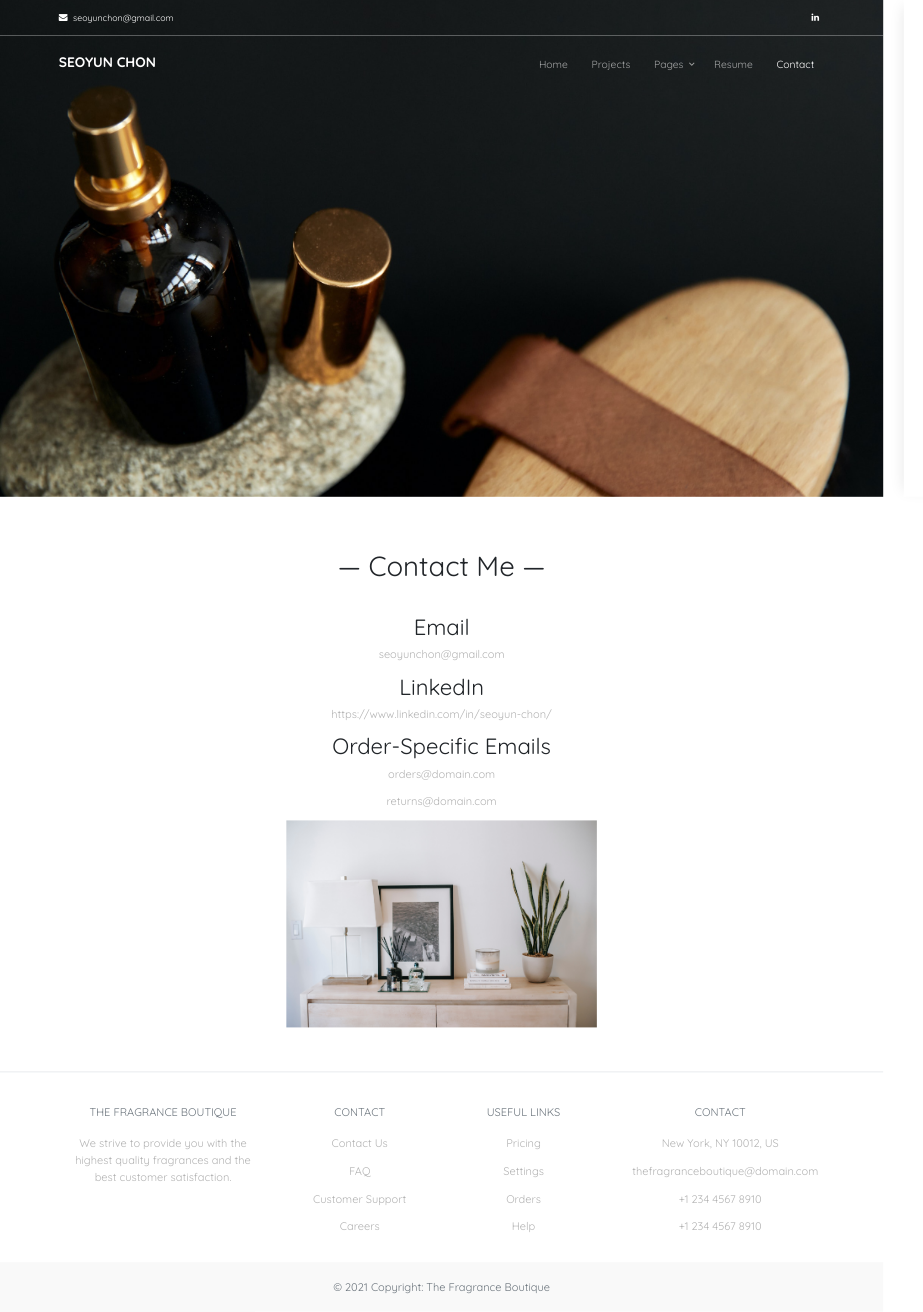
Repository: schon02/seoyun-chon-portfolio
Page: contact_page.html
The author's editor kept a copy of each file at every save. The page is drawn from the files as they stood at one save, then again after the next save.
The browser window is 1280 px wide. The page is 1338 px wide, so the pictures cover 1338 px, including what lies to the right of the window. The pictures show the whole page, at 69% of full size.

Above is the page before, as saved 2024-12-18 03:16:01.

### contact_page.html
<!DOCTYPE html>
<html>
    <head>
        <!-- <link href="style.css" rel="stylesheet" /> -->
        <!-- Required meta tags -->
        <meta charset="utf-8">
        <meta name="viewport" content="width=device-width, initial-scale=1, shrink-to-fit=no">

        <link href="https://fonts.googleapis.com/css?family=Quicksand:400,600,700&display=swap" rel="stylesheet">

        <link rel="stylesheet" href="fonts/icomoon/style.css">

        <link rel="stylesheet" href="css/owl.carousel.min.css">

        <!-- Bootstrap CSS -->
        <link rel="stylesheet" href="css/bootstrap.min.css">

        <!-- Style -->
        <link rel="stylesheet" href="css/style.css">

        <title>Contact Page</title>
    </head>

    <body>
        <!-- <header>
            <nav>
                <ul>
                    <li><a href="index.html">Home</a></li>
                    <li><a href="services_page.html">Services</a></li>
                    <li><a class="active" href="contact_page.html">Contact</a></li>
                </ul>
            </nav>
        </header> -->


        <div class="site-mobile-menu site-navbar-target">
            <div class="site-mobile-menu-header">
              <div class="site-mobile-menu-close mt-3">
                <span class="icon-close2 js-menu-toggle"></span>
              </div>
            </div>
            <div class="site-mobile-menu-body"></div>
          </div> <!-- .site-mobile-menu -->

        <div class="site-navbar-wrap">
            <div class="site-navbar-top">
              <div class="container py-3">
                <div class="row align-items-center">
                  <div class="col-6">
                    <div class="d-flex mr-auto">
                      <a href="#" class="d-flex align-items-center mr-4">
                        <span class="icon-envelope mr-2"></span>
                        <span class="d-none d-md-inline-block">seoyunchon@gmail.com</span>
                      </a>
                      <!-- <a href="#" class="d-flex align-items-center mr-auto">
                        <span class="icon-phone mr-2"></span>
                        <span class="d-none d-md-inline-block">+1 234 4567 8910</span>
                      </a> -->
                    </div>
                  </div>
                  <div class="col-6 text-right">
                    <div class="mr-auto">
                      <!-- <a href="#" class="p-2 pl-0"><span class="icon-twitter"></span></a> -->
                      <!-- <a href="#" class="p-2 pl-0"><span class="icon-facebook"></span></a> -->
                      <a href="https://www.linkedin.com/in/seoyun-chon/" class="p-2 pl-0"><span class="icon-linkedin"></span></a>
                      <!-- <a href="#" class="p-2 pl-0"><span class="icon-instagram"></span></a> -->
                    </div>

                  </div>
                </div>
              </div>
            </div>

            <div class="site-navbar site-navbar-target js-sticky-header">
              <div class="container">
                <div class="row align-items-center">
                  <div class="col-2">
                    <h1 class="my-0 site-logo"><a href="index.html">Seoyun&nbsp;Chon</a></h1>
                  </div>
                  <div class="col-10">
                    <nav class="site-navigation text-right" role="navigation">
                      <div class="container">
                        <div class="d-inline-block d-lg-none ml-md-0 mr-auto py-3"><a href="#" class="site-menu-toggle js-menu-toggle text-white"><span class="icon-menu h3"></span></a></div>

                        <ul class="site-menu main-menu js-clone-nav d-none d-lg-block">
                          <li><a href="index.html" class="nav-link">Home</a></li>
                          <li><a href="projects_page.html" class="nav-link">Projects</a></li>
                          <li class="has-children">
                            <a href="#" class="nav-link">Pages</a>
                            <ul class="dropdown arrow-top">
                              <li><a href="#" class="nav-link">Team</a></li>
                              <li><a href="#" class="nav-link">Pricing</a></li>
                              <li><a href="#" class="nav-link">FAQ</a></li>
                              <li class="has-children">
                                <a href="#">More Links</a>
                                <ul class="dropdown">
                                  <li><a href="#">Menu One</a></li>
                                  <li><a href="#">Menu Two</a></li>
                                  <li><a href="#">Menu Three</a></li>
                                </ul>
                              </li>
                            </ul>
                          </li>
                          <!-- <li><a href="#about-section" class="nav-link">About</a></li> -->
                          <li><a href="resume_page.html" class="nav-link">Resume</a></li>
                          <!-- <li><a href="#gallery-section" class="nav-link">Gallery</a></li> -->
                          <li class="active"><a href="contact_page.html" class="active">Contact</a></li>
                        </ul>
                      </div>
                    </nav>
                  </div>
                </div>
              </div>
            </div>
          </div>

          <div class="hero" style="background-image: url('images/black-bathroom-contact.jpg');"></div>

        <!-- <div class="contactImage">
            <div class="welcomeText">
                <h1>Contact</h1>
            </div>
        </div> -->

        <div class="text-center" style="padding-top: 2cm;">
            <h1>— Contact Me —</h1>
            <h2 style="padding-top: 1cm;">Email</h2>
            <p>seoyunchon@gmail.com</p>
            <h2>LinkedIn</h2>
            <p>https://www.linkedin.com/in/seoyun-chon/</p>
            <h2>Order-Specific Emails</h2>
            <p>orders@domain.com</p>
            <p>returns@domain.com</p>
            <p><img src="images/white-livingroom-contact.jpg"
                 style="width:450px;"></p>
        </div>

    <script src="js/jquery-3.3.1.min.js"></script>
    <script src="js/popper.min.js"></script>
    <script src="js/bootstrap.min.js"></script>
    <script src="js/jquery.sticky.js"></script>
    <script src="js/main.js"></script>

    </body>


<!-- Footer -->
<footer class="text-center text-lg-start bg-white text-muted">
    <!-- Section: Social media -->
    <section class="d-flex justify-content-center justify-content-lg-between p-4 border-bottom">
      <!-- Left -->
      <!-- <div class="me-5 d-none d-lg-block">
        <span>Get connected with us on social networks:</span>
      </div> -->
      <!-- Left -->

      <!-- Right -->
      <!-- <div>
        <a href="" class="me-4 link-secondary">
          <i class="fab fa-facebook-f"></i>
        </a>
        <a href="" class="me-4 link-secondary">
          <i class="fab fa-twitter"></i>
        </a>
        <a href="" class="me-4 link-secondary">
          <i class="fab fa-google"></i>
        </a>
        <a href="" class="me-4 link-secondary">
          <i class="fab fa-instagram"></i>
        </a>
        <a href="" class="me-4 link-secondary">
          <i class="fab fa-linkedin"></i>
        </a>
        <a href="" class="me-4 link-secondary">
          <i class="fab fa-github"></i>
        </a>
      </div> -->
      <!-- Right -->
    </section>
    <!-- Section: Social media -->

    <!-- Section: Links  -->
    <section class="">
      <div class="container text-center text-md-start mt-5">
        <!-- Grid row -->
        <div class="row mt-3">
          <!-- Grid column -->
          <div class="col-md-3 col-lg-4 col-xl-3 mx-auto mb-4">
            <!-- Content -->
            <h6 class="text-uppercase fw-bold mb-4">
              <i class="fas fa-gem me-3 text-secondary"></i>The Fragrance Boutique
            </h6>
            <p>
              We strive to provide you with the highest quality fragrances and
              the best customer satisfaction.
            </p>
          </div>
          <!-- Grid column -->

          <!-- Grid column -->
          <div class="col-md-2 col-lg-2 col-xl-2 mx-auto mb-4">
            <!-- Links -->
            <h6 class="text-uppercase fw-bold mb-4">
              Contact
            </h6>
            <p>
              <a href="#!" class="text-reset">Contact Us</a>
            </p>
            <p>
              <a href="#!" class="text-reset">FAQ</a>
            </p>
            <p>
              <a href="#!" class="text-reset">Customer Support</a>
            </p>
            <p>
              <a href="#!" class="text-reset">Careers</a>
            </p>
          </div>
          <!-- Grid column -->

          <!-- Grid column -->
          <div class="col-md-3 col-lg-2 col-xl-2 mx-auto mb-4">
            <!-- Links -->
            <h6 class="text-uppercase fw-bold mb-4">
              Useful links
            </h6>
            <p>
              <a href="#!" class="text-reset">Pricing</a>
            </p>
            <p>
              <a href="#!" class="text-reset">Settings</a>
            </p>
            <p>
              <a href="#!" class="text-reset">Orders</a>
            </p>
            <p>
              <a href="#!" class="text-reset">Help</a>
            </p>
          </div>
          <!-- Grid column -->

          <!-- Grid column -->
          <div class="col-md-4 col-lg-3 col-xl-3 mx-auto mb-md-0 mb-4">
            <!-- Links -->
            <h6 class="text-uppercase fw-bold mb-4">Contact</h6>
            <p><i class="fas fa-home me-3 text-secondary"></i> New York, NY 10012, US</p>
            <p>
              <i class="fas fa-envelope me-3 text-secondary"></i>
              thefragranceboutique@domain.com
            </p>
            <p><i class="fas fa-phone me-3 text-secondary"></i>+1 234 4567 8910</p>
            <p><i class="fas fa-print me-3 text-secondary"></i>+1 234 4567 8910</p>
          </div>
          <!-- Grid column -->
        </div>
        <!-- Grid row -->
      </div>
    </section>
    <!-- Section: Links  -->

    <!-- Copyright -->
    <div class="text-center p-4" style="background-color: rgba(0, 0, 0, 0.025);">
      © 2021 Copyright:
      <a class="text-reset fw-bold" href="https://mdbootstrap.com/">The Fragrance Boutique</a>
    </div>
    <!-- Copyright -->
  </footer>
<!-- Footer -->


</html>

Loaded but not shown: fonts/icomoon/style.css (common file); css/owl.carousel.min.css (library); css/bootstrap.min.css (library); js/jquery-3.3.1.min.js (library); js/popper.min.js (library); js/bootstrap.min.js (library); js/jquery.sticky.js (library); js/main.js (87 lines, source omitted); css/style.css (448 lines, source omitted)

After the next save:
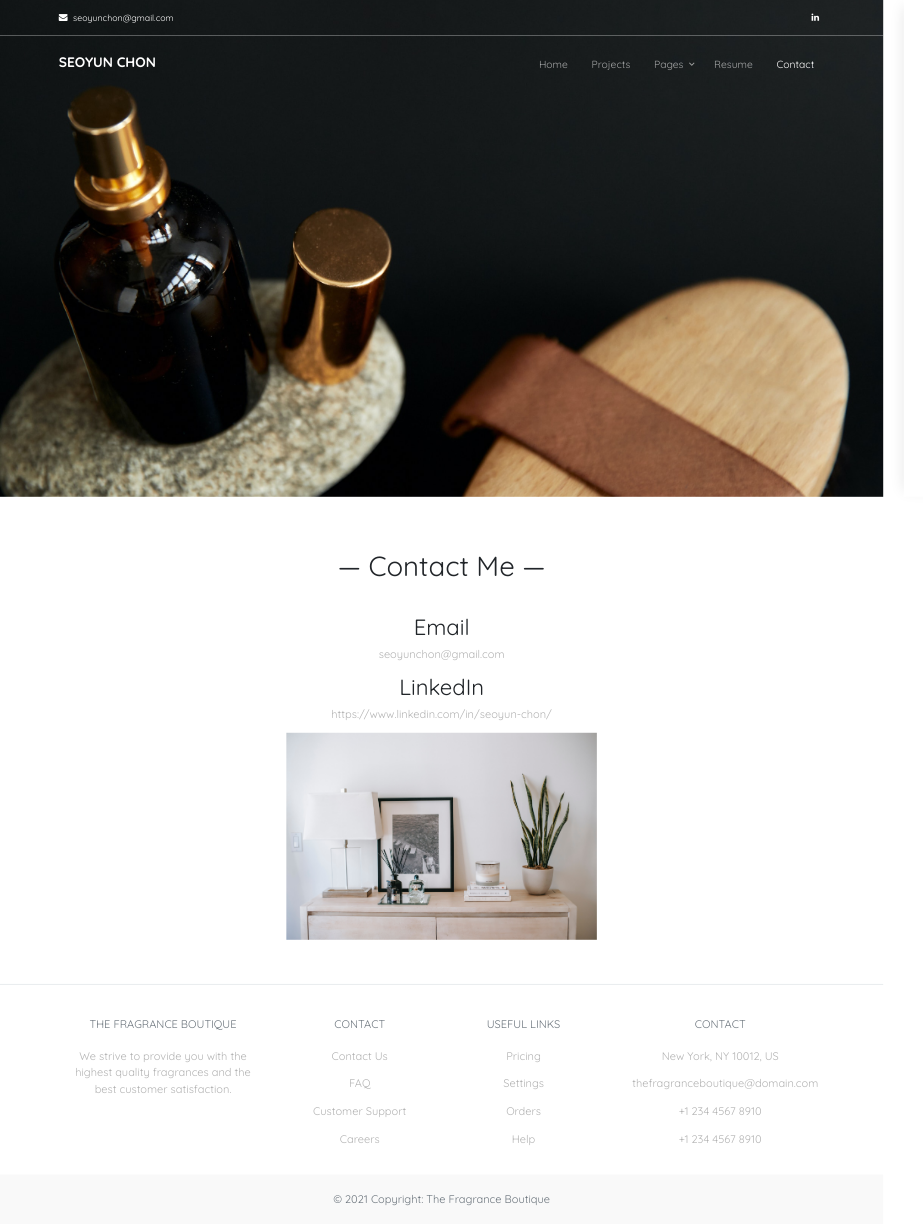
Saved 47 s later.
--- a/contact_page.html
+++ b/contact_page.html
@@ -128,9 +128,9 @@
             <p>seoyunchon@gmail.com</p>
             <h2>LinkedIn</h2>
             <p>https://www.linkedin.com/in/seoyun-chon/</p>
-            <h2>Order-Specific Emails</h2>
+            <!-- <h2>Order-Specific Emails</h2>
             <p>orders@domain.com</p>
-            <p>returns@domain.com</p>
+            <p>returns@domain.com</p> -->
             <p><img src="images/white-livingroom-contact.jpg"
                  style="width:450px;"></p>
         </div>
